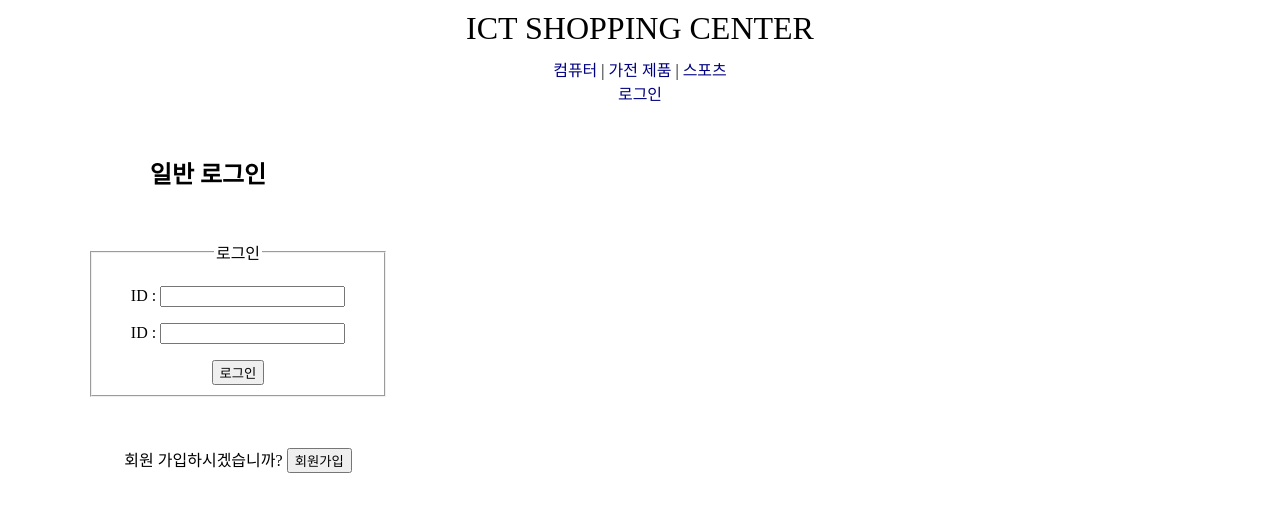
Repository: xlz5000/ICT
Page: http://localhost/spring_mvc02/WEB-INF/views/day09/loginForm.jsp
The author's editor kept a copy of each file at every save. The page is drawn from the files as they stood at one save, then again after the next save.
The browser window is 1280 px wide. The pictures show the whole page.
The page is served by Tomcat 9. Nobody is signed in. The template is opened directly, without the code that normally fills it, so the values that code supplies are empty.

Above is the page before, as saved 2025-04-17 00:44:30.

After the next save:
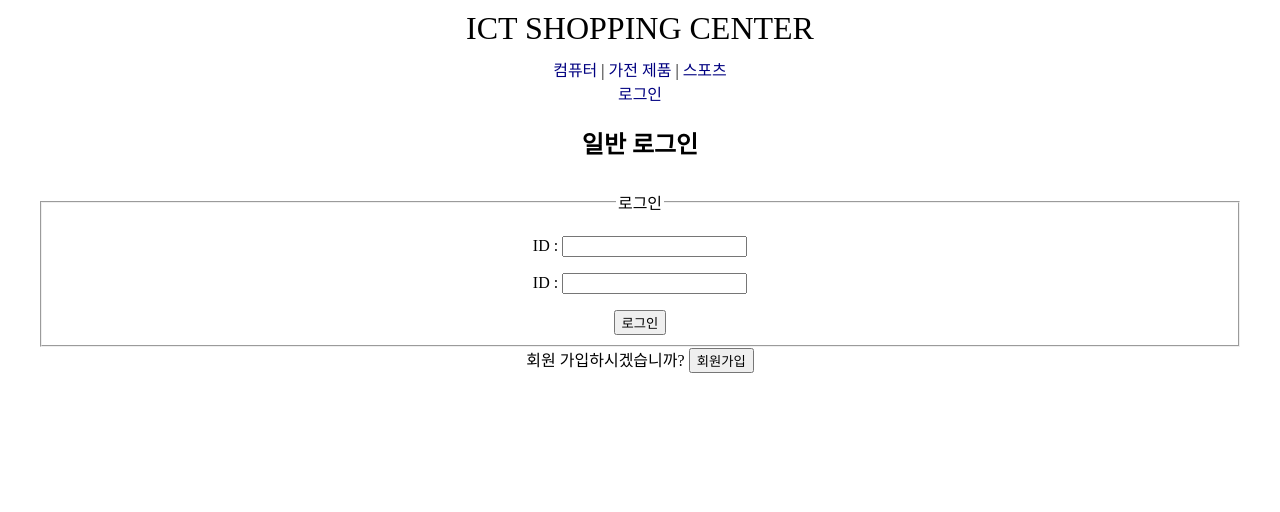
Saved 25 s later.
--- a/spring_mvc02/src/main/webapp/WEB-INF/views/day09/loginForm.jsp
+++ b/spring_mvc02/src/main/webapp/WEB-INF/views/day09/loginForm.jsp
@@ -8,7 +8,11 @@
 <title>Insert title here</title>
 <style type="text/css">
 
-h2, form{margin: 50px; width: 300px;}
+#container{
+	width: 500px;
+	margin: 0 auto;
+
+}
 
 </style>
 </head>
